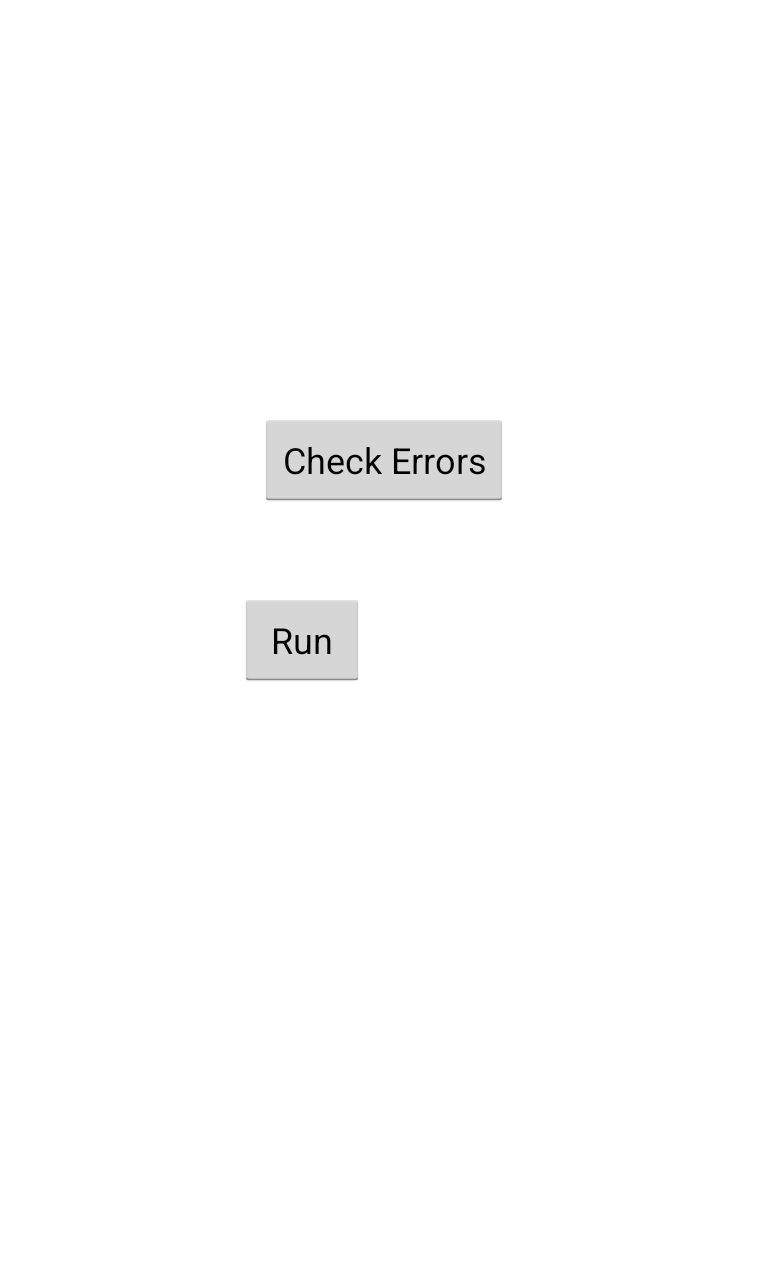
Repository: raul09/Overdrive
Layout: workspace/AutoPerformanceAnalyzer/res/layout/activity_display_mode.xml
These files come from the project's save history. The layout is drawn as it stood at one moment and after the next save; the edit follows.
It is drawn on a 768 x 1280 px phone screen (xhdpi) without system bars, with theme AppTheme; the app's code is not run.

Above is the layout before, as saved 2013-10-01 14:19:07.

After the next save:
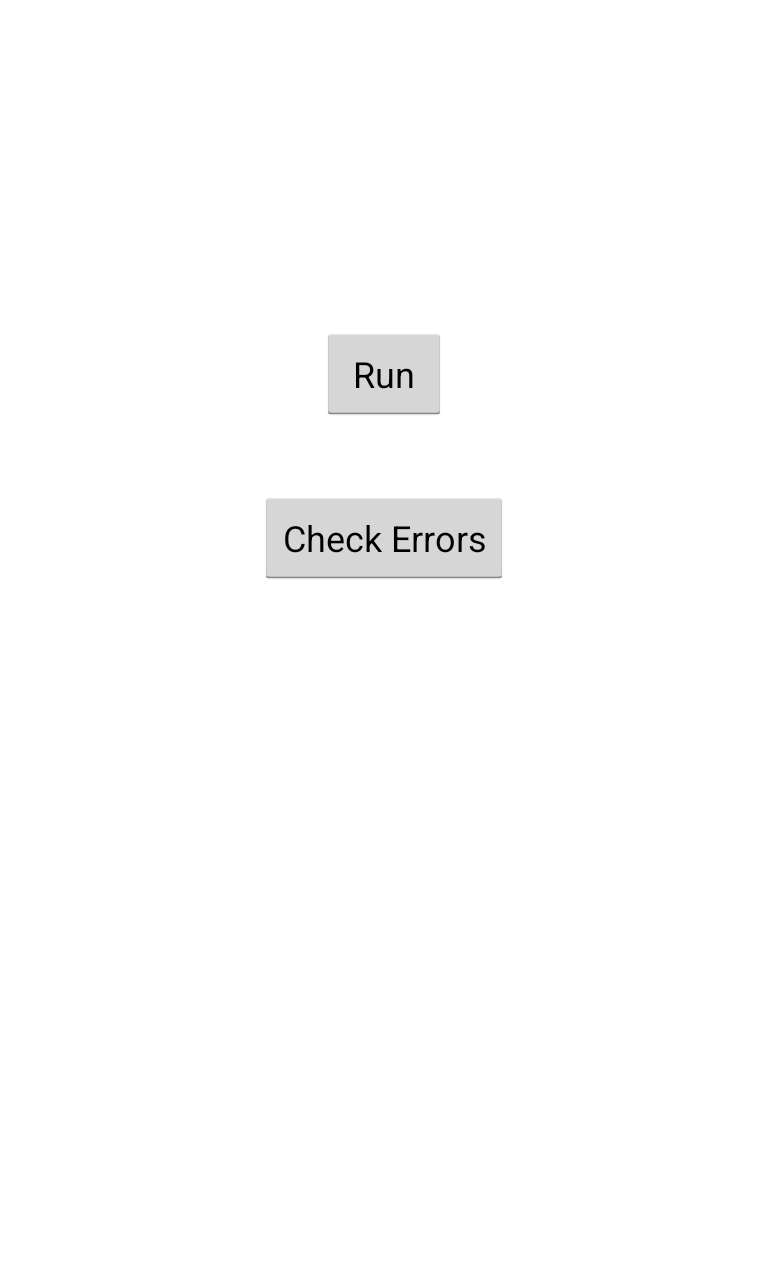
Saved 2 min 10 s later.
--- a/workspace/AutoPerformanceAnalyzer/res/layout/activity_display_mode.xml
+++ b/workspace/AutoPerformanceAnalyzer/res/layout/activity_display_mode.xml
@@ -9,22 +9,21 @@
     tools:context=".DisplayModeActivity" >
 
     <Button
+        android:id="@+id/CheckErrors"
+        android:layout_width="wrap_content"
+        android:layout_height="wrap_content"
+        android:layout_alignTop="@+id/Run"
+        android:layout_centerHorizontal="true"
+        android:layout_marginTop="82dp"
+        android:text="@string/CheckErrors" />
+
+    <Button
         android:id="@+id/Run"
         android:layout_width="wrap_content"
         android:layout_height="wrap_content"
-        android:layout_alignParentLeft="true"
-        android:layout_centerVertical="true"
-        android:layout_marginLeft="103dp"
-        android:layout_marginTop="151dp"
+        android:layout_alignParentTop="true"
+        android:layout_centerHorizontal="true"
+        android:layout_marginTop="147dp"
         android:text="@string/Run" />
 
-    <Button
-        android:id="@+id/CheckErrors"
-        android:layout_width="wrap_content"
-        android:layout_height="wrap_content"
-        android:layout_alignBottom="@+id/Run"
-        android:layout_centerHorizontal="true"
-        android:layout_marginBottom="90dp"
-        android:text="@string/CheckErrors"/>
-
 </RelativeLayout>
